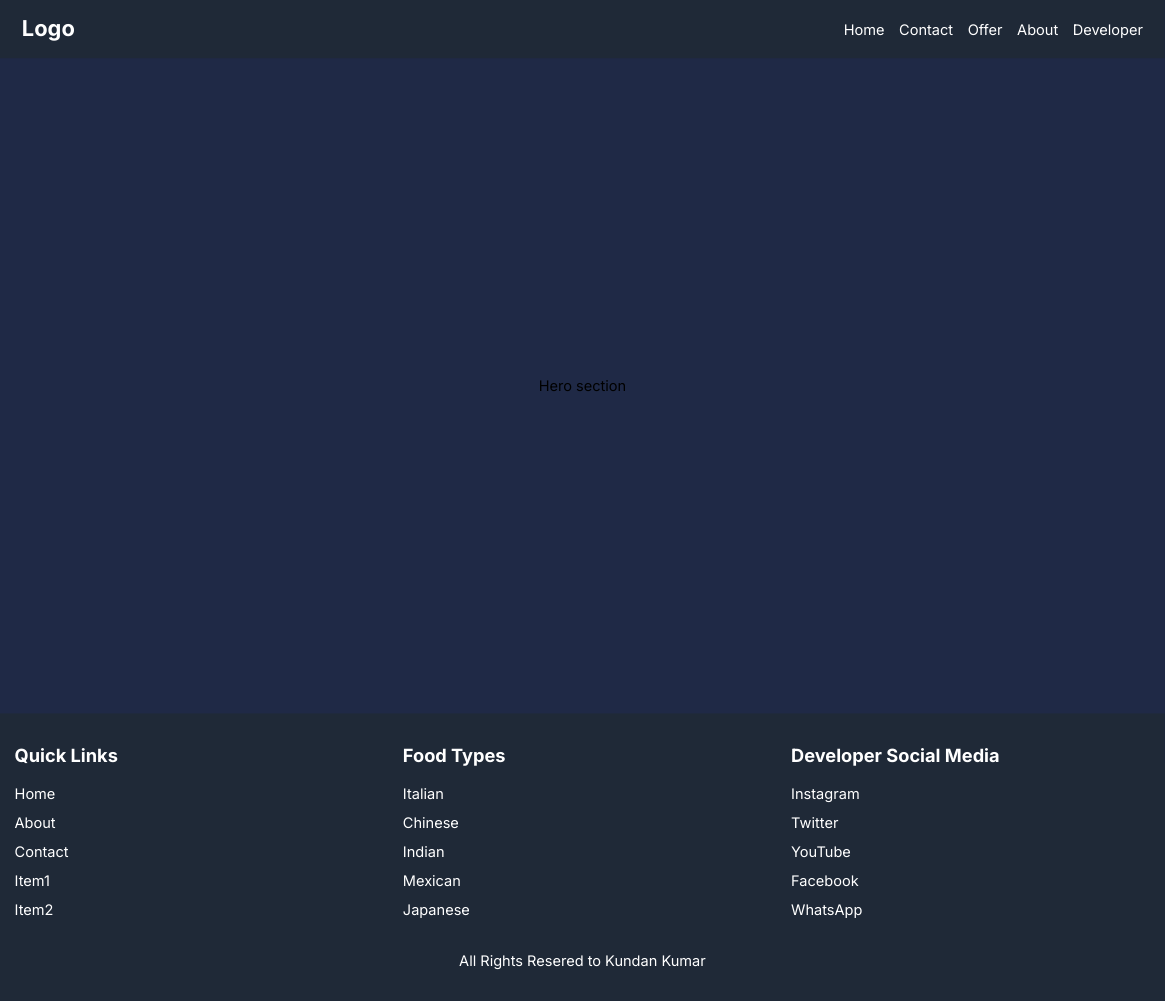
Repository: its-kundan/food-on-time
Page: /
These files come from the project's save history. The page is drawn as it stood at one moment and after the next save; the edit follows.
The browser window is 1280 px wide. The pictures show the whole page, at 91% of full size.
The project was rebuilt for these pictures with package versions that can differ from the ones it lists, and the page was loaded fresh each time. The framework's server and built-in components were replaced by stand-ins that run in the browser. Also part of the build but not shown: next.config.mjs.

Above is the page before, as saved 2024-07-25 09:07:49.

After the next save:
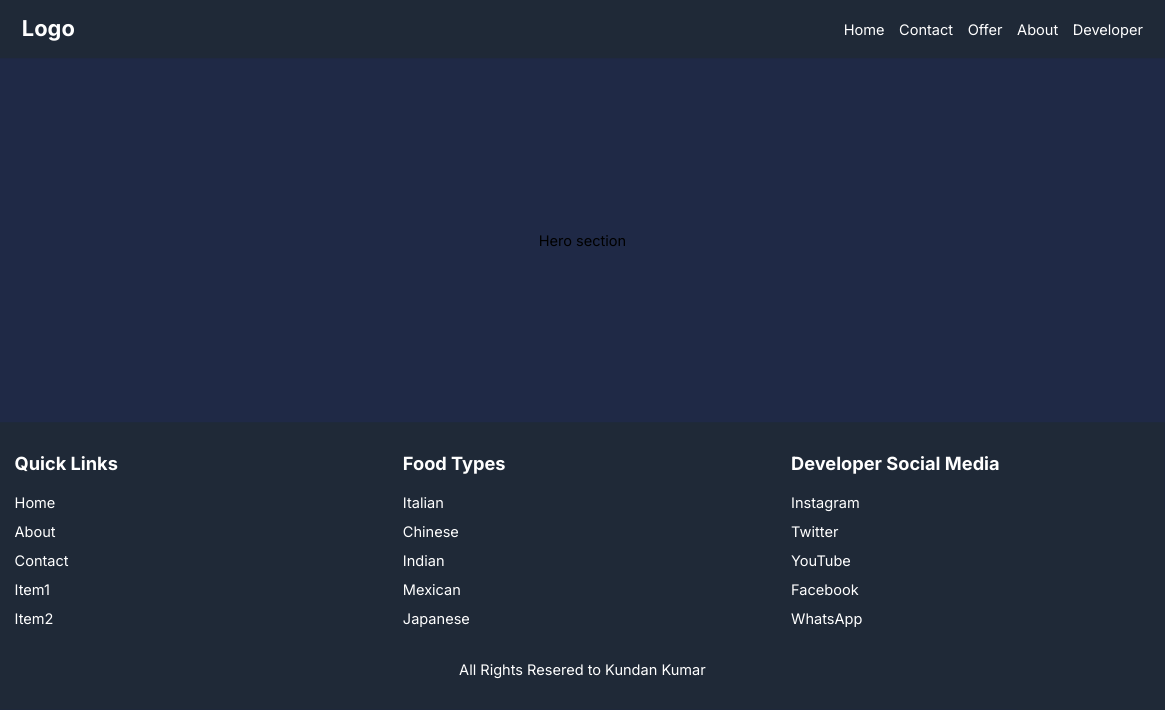
Saved 19 s later.
--- a/src/app/page.js
+++ b/src/app/page.js
@@ -6,7 +6,7 @@ export default function Home() {
   return (
    <main className="bg-grey-800 ">
     <Header/>
-    <div className="h-screen w-screen flex justify-center items-center"> Hero section</div>
+    <div className="h-[400px] w-screen flex justify-center items-center"> Hero section</div>
     <Footer/>
 
 
